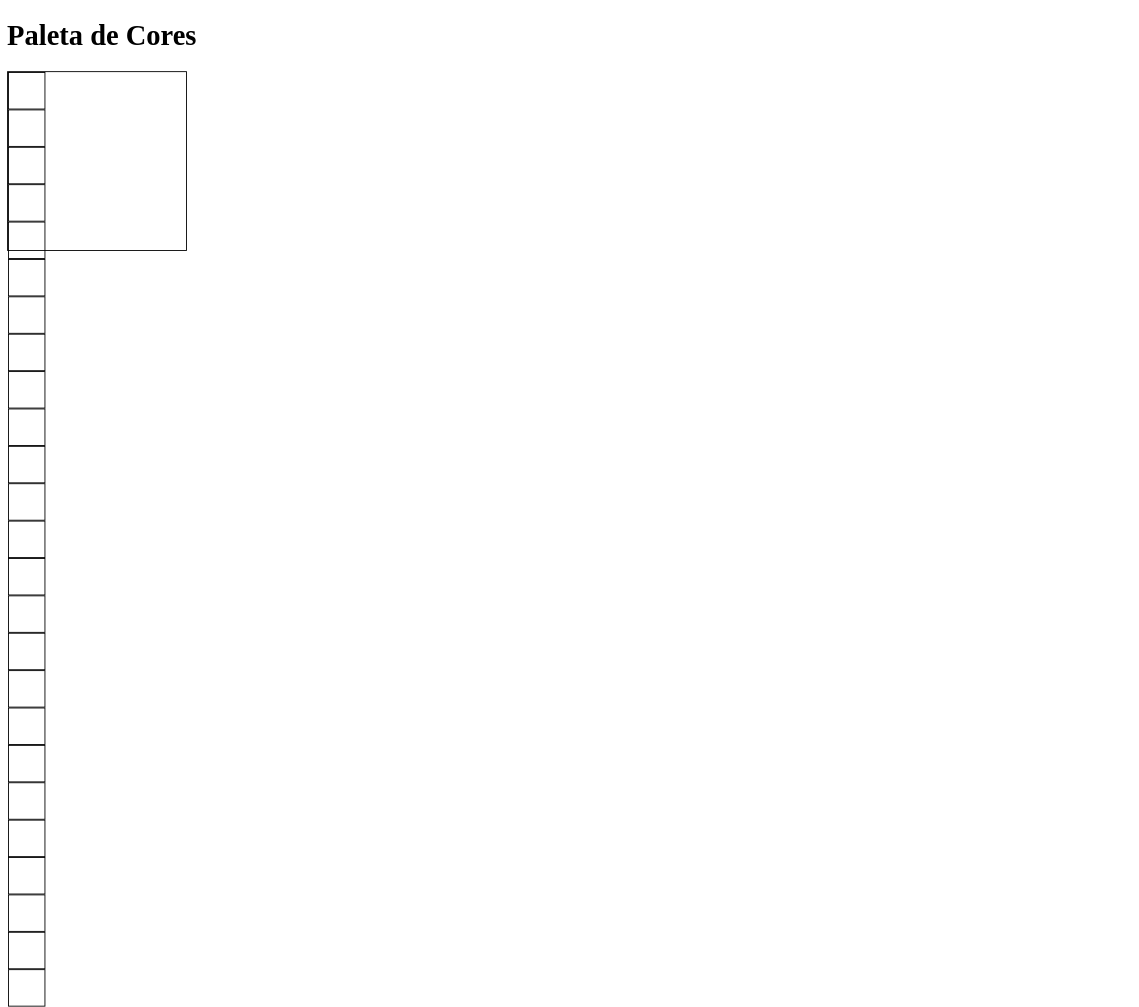
Repository: MuriloColleti/project-Pixer-Art
Page: index.html
An editor plug-in stored every save of this project. The page is shown before and after the next save, followed by the edit.
The browser window is 1280 px wide. The pictures show the whole page, at 89% of full size.

Above is the page before, as saved 2024-02-05 16:00:17.

After the next save:
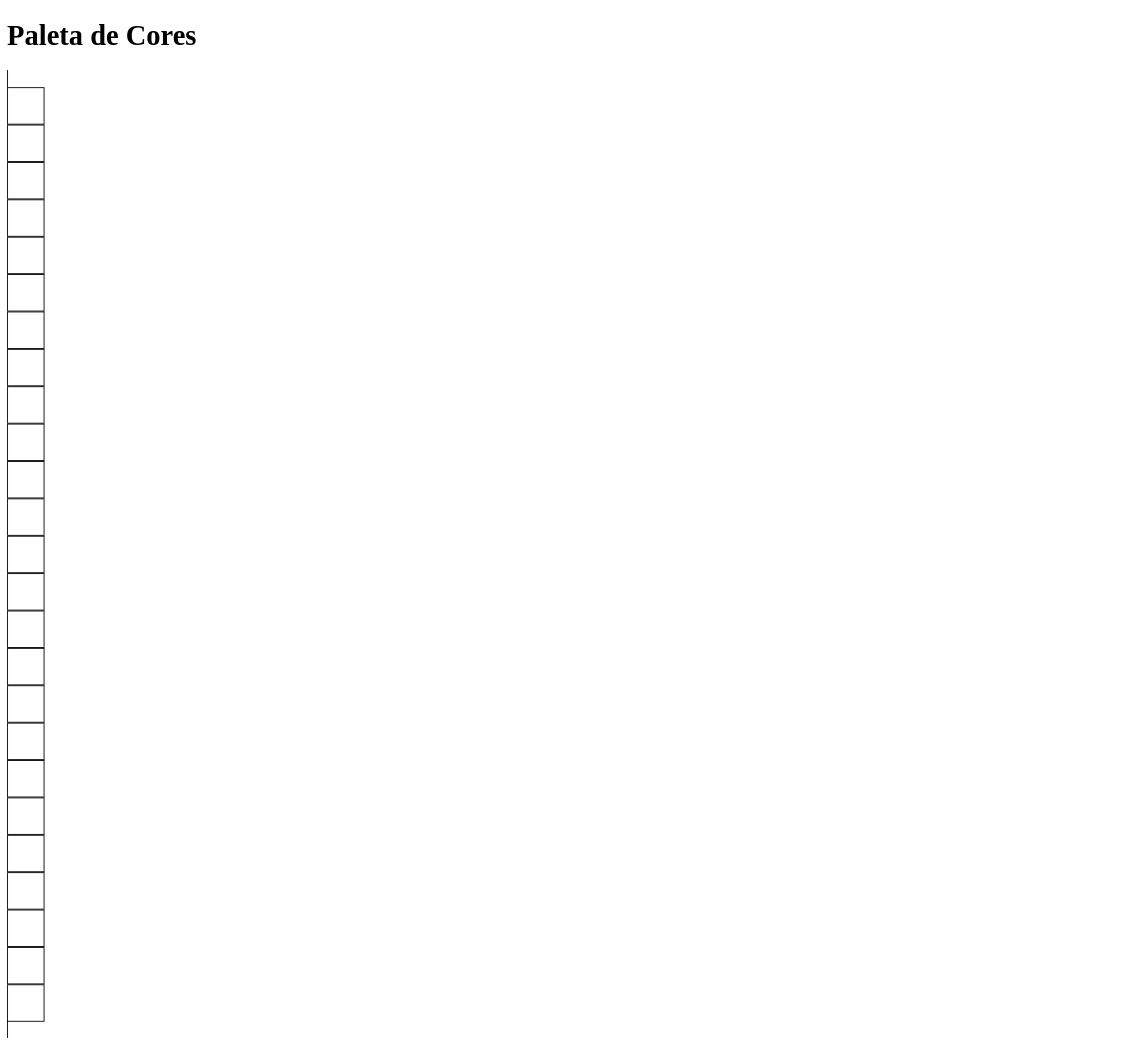
Saved 4 s later.
--- a/style.css
+++ b/style.css
@@ -24,5 +24,5 @@
     border: 1px solid black;
     width: 200px;
     height: 200px;
-    display: grid;
+    display: inline;
 }

After the save that followed:
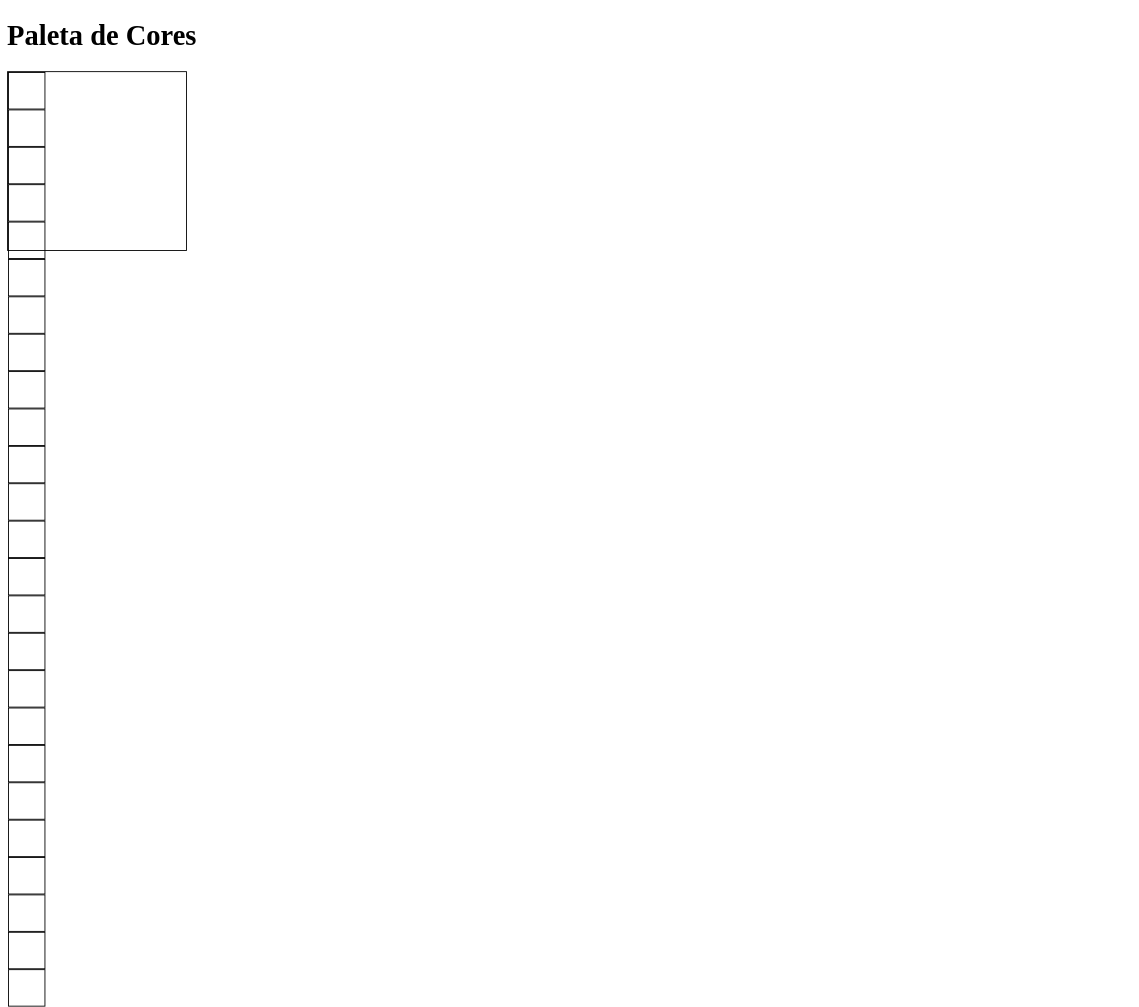
Saved 6 s later.
--- a/style.css
+++ b/style.css
@@ -24,5 +24,5 @@
     border: 1px solid black;
     width: 200px;
     height: 200px;
-    display: inline;
+    display: inline-block;
 }
